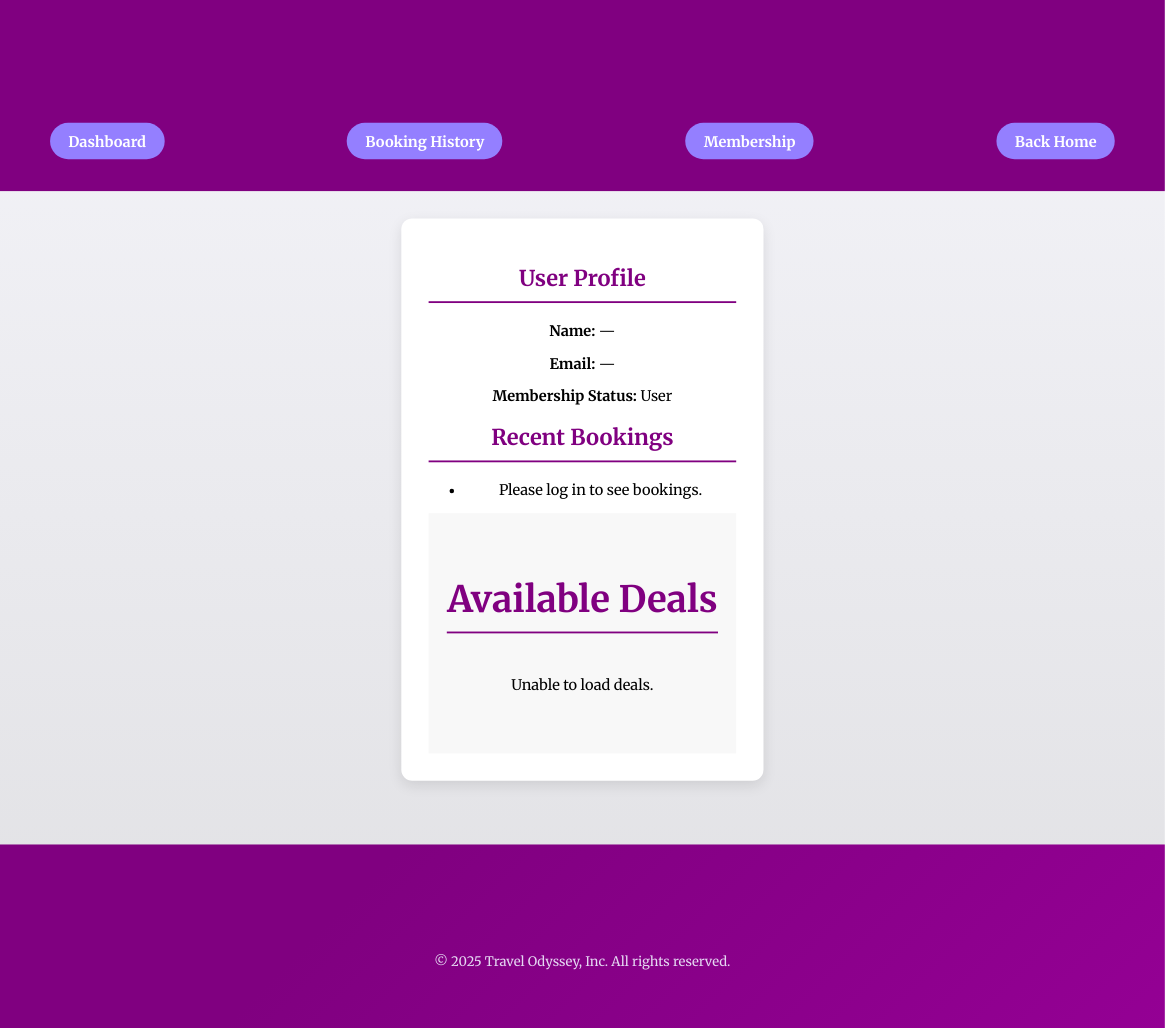
Repository: GHzPhoenix/Project-Odyssey
Page: Frontend/dashboard.html
The author's editor kept a copy of each file at every save. The page is drawn from the files as they stood at one save, then again after the next save.
The browser window is 1280 px wide. The pictures show the whole page, at 91% of full size.
The page's requests for data from a server got no answer.

Above is the page before, as saved 2025-06-08 10:52:19.

### Frontend/dashboard.html
<!DOCTYPE html>
<html lang="en">
  <head>
    <meta charset="UTF-8" />
    <meta name="viewport" content="width=device-width, initial-scale=1.0" />
    <title>User Dashboard</title>
    <link rel="stylesheet" href="/Frontend/css/style.css" />
    <link rel="stylesheet" href="/Frontend/css/dashboard.css" />
    <link rel="preconnect" href="https://fonts.googleapis.com" />
    <link rel="preconnect" href="https://fonts.gstatic.com" crossorigin />
    <link
      href="https://fonts.googleapis.com/css2?family=Merriweather:wght@300;400;700&display=swap"
      rel="stylesheet"
    />
  </head>
  <body>
    <header>
      <h1>Welcome to Your Dashboard</h1>
      <nav>
        <a href="dashboard.html">Dashboard</a>
        <a href="booking-history.html">Booking History</a>
        <a href="membership-confirmation.html">Membership</a>
        <a href="index.html">Back Home</a>
      </nav>
    </header>

    <main>
      <section class="profile">
        <h2>User Profile</h2>
        <p><strong>Name:</strong> <span id="username">Loading...</span></p>
        <p><strong>Email:</strong> <span id="user-email">Loading...</span></p>
        <p>
          <strong>Membership Status:</strong>
          <span id="membership-status">Loading...</span>
        </p>
      </section>

      <section class="recent-bookings">
        <h2>Recent Bookings</h2>
        <ul id="booking-list">
          <li>Loading...</li>
        </ul>
      </section>

      <section class="trending-deals">
        <h2>Available Deals</h2>
        <div class="deals-container" id="deals-container"></div>
        <p id="no-deals" class="no-deals" style="display: none">
          No deals available right now.
        </p>
      </section>
    </main>

    <footer class="footer">
      <div class="footer-container"></div>
      <div class="footer-bottom">
        <p>© 2025 Travel Odyssey, Inc. All rights reserved.</p>
      </div>
    </footer>

    <script>
      function toggleMenu() {
        document.querySelector("nav ul").classList.toggle("active");
      }

      async function loadDashboard() {
        const token = localStorage.getItem("token");
        const user = JSON.parse(localStorage.getItem("user") || "{}");
        document.getElementById("username").textContent = user.name || "—";
        document.getElementById("user-email").textContent = user.email || "—";
        document.getElementById("membership-status").textContent =
          user.role === "admin" ? "Admin" : "User";

        const bookingList = document.getElementById("booking-list");
        bookingList.innerHTML = "";
        if (token) {
          try {
            const res = await fetch("http://127.0.0.1:5001/api/bookings", {
              headers: { Authorization: "Bearer " + token },
            });
            if (!res.ok) throw new Error("No bookings found");
            const bookings = await res.json();
            if (bookings.length === 0) {
              bookingList.innerHTML = "<li>You have no previous bookings.</li>";
            } else {
              bookings.forEach((b) => {
                const li = document.createElement("li");
                const start = new Date(b.start_date).toLocaleDateString();
                const end = new Date(b.end_date).toLocaleDateString();
                li.textContent = `${b.destination} — ${start} to ${end}`;
                bookingList.appendChild(li);
              });
            }
          } catch (err) {
            console.error("Booking history error:", err);
            bookingList.innerHTML = "<li>Could not load booking history.</li>";
          }
        } else {
          bookingList.innerHTML = "<li>Please log in to see bookings.</li>";
        }

        const dealsContainer = document.getElementById("deals-container");
        const noDealsMsg = document.getElementById("no-deals");
        dealsContainer.innerHTML = "";
        try {
          const res = await fetch("http://127.0.0.1:5001/api/deals");
          if (!res.ok) throw new Error("Failed to fetch deals");
          const deals = await res.json();
          if (deals.length === 0) {
            noDealsMsg.style.display = "block";
          } else {
            noDealsMsg.style.display = "none";
            deals.forEach((deal) => {
              const card = document.createElement("div");
              card.className = "deal-card";

              const img = document.createElement("img");
              img.src = deal.image_url;
              img.alt = deal.name;
              card.appendChild(img);

              const body = document.createElement("div");
              body.className = "deal-card-body";

              const h3 = document.createElement("h3");
              h3.textContent = deal.name;
              body.appendChild(h3);

              const sub = document.createElement("p");
              sub.textContent = `${deal.location} — ${deal.activities}`;
              body.appendChild(sub);

              const dates = document.createElement("p");
              const s = new Date(deal.start_date).toLocaleDateString("en-US", {
                month: "short",
                day: "numeric",
                year: "numeric",
              });
              const e = new Date(deal.end_date).toLocaleDateString("en-US", {
                month: "short",
                day: "numeric",
                year: "numeric",
              });
              dates.textContent = `${s} – ${e}`;
              body.appendChild(dates);

              const btn = document.createElement("a");
              btn.className = "btn-primary card-button";
              btn.href = `booking.html?deal=${deal.id}`;
              btn.textContent = "Book Now";
              body.appendChild(btn);

              card.appendChild(body);
              dealsContainer.appendChild(card);
            });
          }
        } catch (err) {
          console.error("Deals load error:", err);
          dealsContainer.innerHTML =
            "<p class='no-deals'>Unable to load deals.</p>";
        }
      }

      window.addEventListener("DOMContentLoaded", loadDashboard);
    </script>
  </body>
</html>

### Frontend/css/dashboard.css
body {
  font-family: "Merriweather", serif;
  background: linear-gradient(to bottom, #f4f4f9, #e0e0e3);
  margin: 0;
  padding: 0;
}

header {
  background-color: purple;
  color: white;
  text-align: center;
  padding: 20px;
  font-size: 22px;
  font-weight: bold;
}

nav {
  margin-top: 15px;
}

nav a {
  color: white;
  text-decoration: none;
  margin: 0 15px;
  font-weight: bold;
  font-size: 1rem;
  padding: 10px 20px;
  border-radius: 20px;
  background-color: #947fff;
  transition: background 0.3s ease-in-out;
}

nav a:hover {
  background-color: #ff6f91;
  color: yellow;
}

.menu-toggle {
  display: none;
  flex-direction: column;
  cursor: pointer;
}

.menu-toggle div {
  width: 28px;
  height: 3px;
  background-color: white;
  margin: 4px 0;
}

@media (max-width: 768px) {
  nav ul {
    flex-direction: column;
    width: 100%;
    display: none;
    background-color: purple;
    margin-top: 10px;
    padding: 10px 0;
  }

  nav ul.active {
    display: flex;
  }

  .menu-toggle {
    display: flex;
  }

  nav ul li {
    width: 100%;
    text-align: center;
  }
}

main {
  max-width: 1000px;
  margin: 30px auto;
  padding: 30px;
  background-color: white;
  border-radius: 12px;
  box-shadow: 0px 5px 15px rgba(0, 0, 0, 0.1);
}

h2 {
  color: purple;
  font-size: 24px;
  margin-bottom: 20px;
  text-align: center;
  border-bottom: 2px solid purple;
  padding-bottom: 10px;
}

.dashboard-section {
  margin: 20px 0;
  padding: 20px;
  background-color: #f9f9ff;
  border-radius: 10px;
  box-shadow: 0px 2px 8px rgba(0, 0, 0, 0.1);
}

.dashboard-section h3 {
  font-size: 20px;
  color: purple;
  margin-bottom: 10px;
}

.dashboard-section p {
  font-size: 16px;
  color: #555;
}

.button {
  background-color: purple;
  color: white;
  padding: 10px 18px;
  border-radius: 25px;
  text-decoration: none;
  display: inline-block;
  margin-top: 15px;
  font-weight: bold;
  transition: background 0.3s ease-in-out;
}

.button:hover {
  background-color: #ff3b72;
}

footer {
  background-color: purple;
  color: white;
  text-align: center;
  padding: 20px;
  margin-top: 40px;
}

@media (max-width: 768px) {
  main {
    margin: 20px;
    padding: 20px;
  }
}

Loaded but not shown: Frontend/css/style.css (979 lines, source omitted)

After the next save:
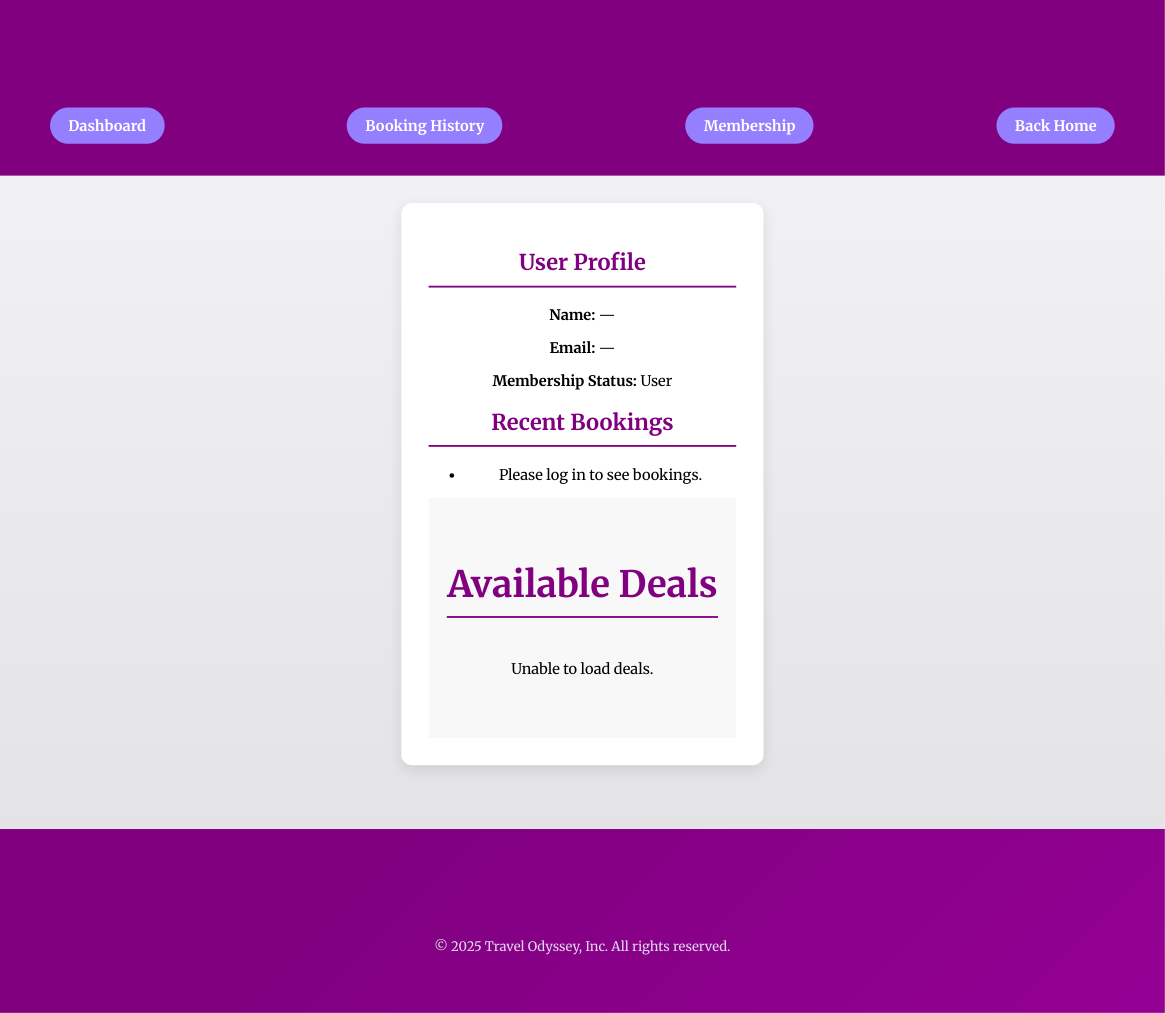
Saved 31 s later.
--- a/Frontend/dashboard.html
+++ b/Frontend/dashboard.html
@@ -15,7 +15,7 @@
   </head>
   <body>
     <header>
-      <h1>Welcome to Your Dashboard</h1>
+      <h2>Welcome to Your Dashboard</h2>
       <nav>
         <a href="dashboard.html">Dashboard</a>
         <a href="booking-history.html">Booking History</a>
